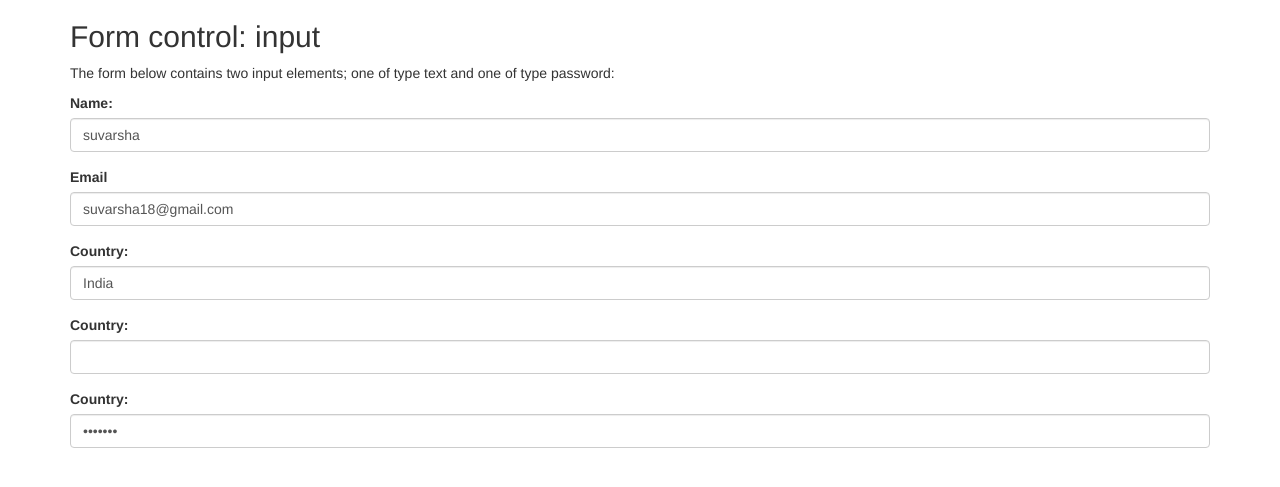
Repository: suvarsha/cognizant-projects
Page: BootStramp1/WebContent/register.html
An editor plug-in stored every save of this project. The page is shown before and after the next save, followed by the edit.
The browser window is 1280 px wide. The pictures show the whole page.

Above is the page before, as saved 2020-01-20 04:12:26.

After the next save:
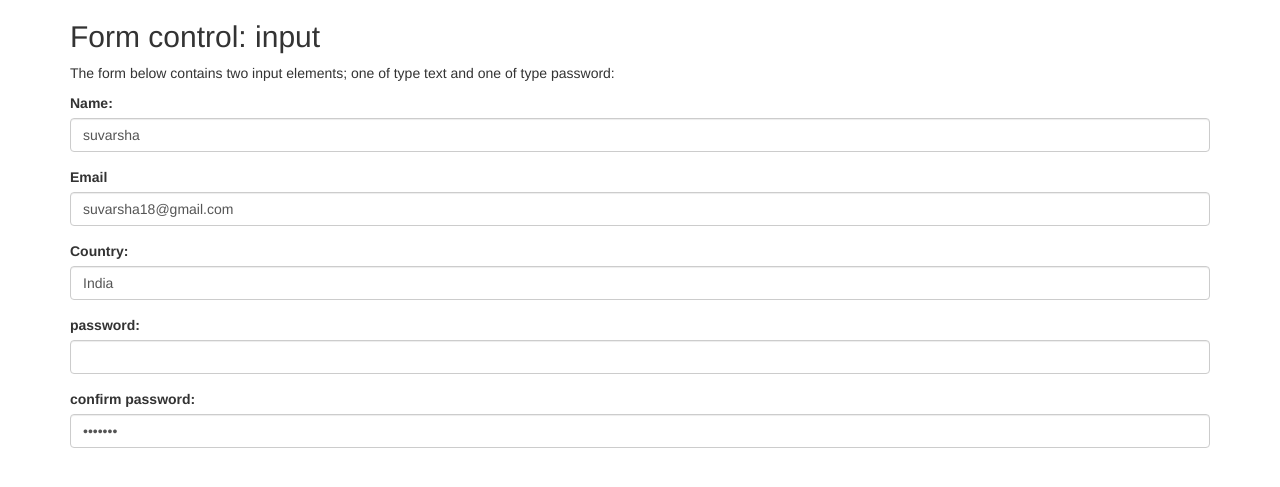
Saved 50 s later.
--- a/BootStramp1/WebContent/register.html
+++ b/BootStramp1/WebContent/register.html
@@ -27,11 +27,11 @@
       <input type="text" class="form-control"   value=India id="cy">
       </div>
        <div class="form-group">
-      <label for="password">Country:</label>
+      <label for="password">password:</label>
       <input type="password" class="form-control"   id="ps">
       </div>
        <div class="form-group">
-      <label for="confirm password">Country:</label>
+      <label for="confirm password">confirm password:</label>
       <input type="password" class="form-control"  value="Fakepsw" id="pass">
     </div>
   </form>
